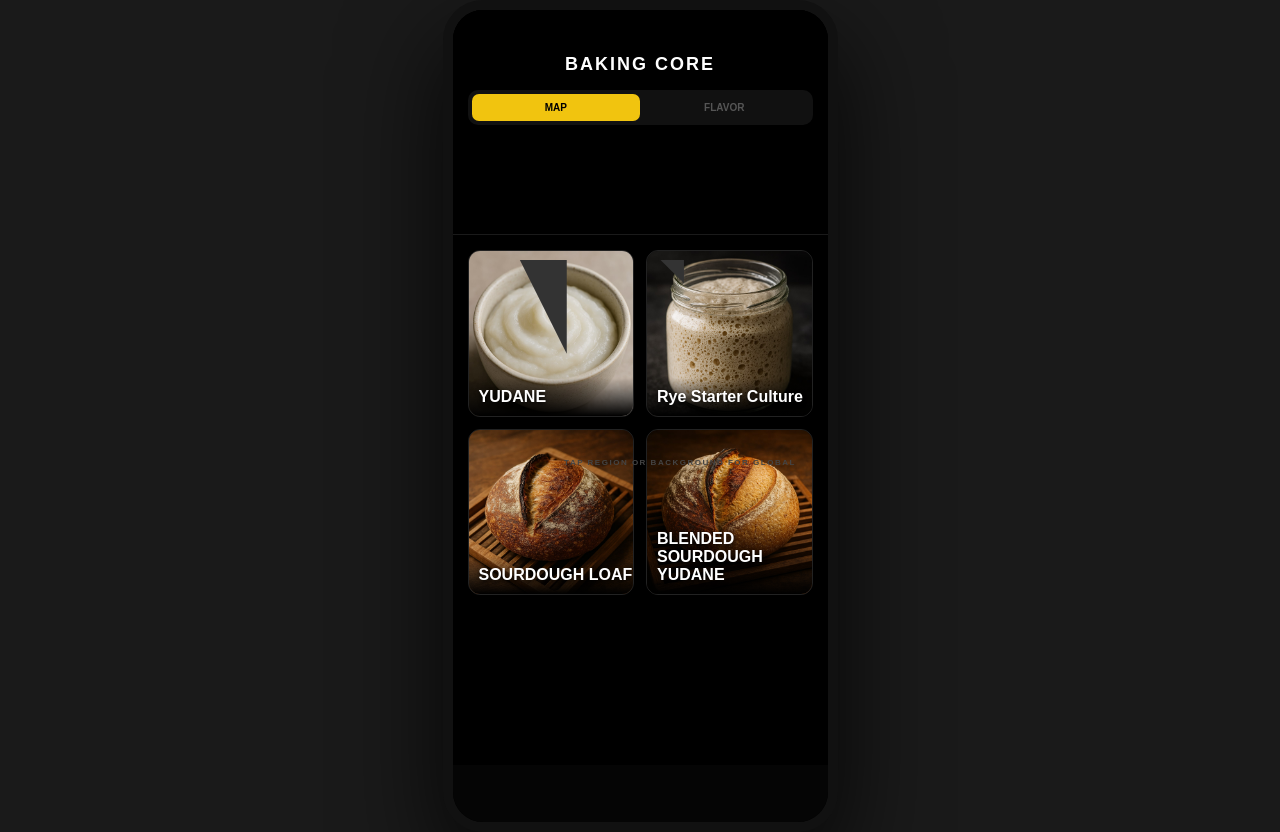
Repository: dkg11hu/baking-core
Page: index.html
An editor plug-in stored every save of this project. The page is shown before and after the next save, followed by the edit.
The browser window is 1280 px wide. The pictures show the whole page.

Above is the page before, as saved 2026-01-03 15:14:13.

### index.html
<!DOCTYPE html>
<html lang="en">
<head>
    <meta charset="UTF-8">
    <link rel="icon" href="data:[embedded picture, 216 characters]">
    <meta name="viewport" content="width=device-width, initial-scale=1.0, maximum-scale=1.0, user-scalable=no">
    <title>Baking Core | XS Driver</title>
    <link rel="stylesheet" href="style.css">
</head>
<body>
    <div class="iphone-xs">
        <div class="notch"></div>
        <div class="screen-content">
            <section id="browser-view">
                <div class="sticky-header">
                    <h1 class="brand-title">Baking Core</h1>
                    <div id="graphical-selector"></div>
                    <div id="filter-chips" class="chip-container"></div>
                </div>
                <div id="tile-grid" class="tile-grid"></div>
            </section>
            <section id="workflow-view" class="hidden">
                <div id="media-stage" class="media-container"></div>
                <div class="content-stage">
                    <div id="step-metadata"></div>
                    <div id="step-description"></div>
                </div>
                <div class="stepper-controls">
                    <button class="btn-nav" onclick="changeStep(-1)">BACK</button>
                    <button class="btn-nav primary" onclick="changeStep(1)">NEXT</button>
                </div>
            </section>
        </div>
        <div class="home-indicator"></div>
    </div>
    <script type="module" src="app.js"></script>
</body>
</html>

### style.css
:root {
    --primary: #f1c40f;
    --bg: #000;
    --phone-w: 375px;
    --phone-h: 812px;
}

body {
    margin: 0; background: #1a1a1a; display: flex; justify-content: center;
    align-items: center; min-height: 100vh; font-family: sans-serif; overflow: hidden;
}

.iphone-xs {
    width: var(--phone-w); height: var(--phone-h); background: #000;
    border-radius: 40px; position: relative; border: 10px solid #111;
    overflow: hidden; box-shadow: 0 40px 100px rgba(0,0,0,0.8);
}

.screen-content { width: 100%; height: 100%; background: var(--bg); display: flex; flex-direction: column; overflow-y: auto; }

/* Selector & Tabs */
.selector-tabs { display: flex; background: #111; padding: 4px; border-radius: 10px; margin: 15px; }
.tab-btn { flex: 1; background: transparent; border: none; color: #555; padding: 8px; font-size: 10px; font-weight: bold; border-radius: 7px; cursor: pointer; }
.tab-btn.active { background: var(--primary); color: #000; }

/* Titles - Forced Visibility */
h2, .tile-label strong, .matrix-labels, .step-counter { color: #fff !important; text-shadow: 0 2px 4px #000; }

/* Flavor Matrix */
.flavor-plot { width: 100%; aspect-ratio: 1/1; background: #080808; border: 1px solid #222; position: relative; border-radius: 8px; }
.axis-x { position: absolute; bottom: 50%; width: 100%; height: 1px; background: #333; }
.axis-y { position: absolute; left: 50%; height: 100%; width: 1px; background: #333; }
.flavor-dot { position: absolute; width: 10px; height: 10px; background: var(--primary); border-radius: 50%; transform: translate(-50%, 50%); cursor: pointer; }

/* Tiles */
.tile-grid { display: grid; grid-template-columns: 1fr 1fr; gap: 12px; padding: 15px; }
.tile { aspect-ratio: 1/1; background: #111; border-radius: 12px; overflow: hidden; position: relative; border: 1px solid #222; }
.tile img { width: 100%; height: 100%; object-fit: cover; }
.tile-label { position: absolute; bottom: 0; width: 100%; padding: 10px; background: linear-gradient(transparent, #000); }

/* Step Metadata */
.step-counter { font-size: 9px; letter-spacing: 2.5px; margin-bottom: 8px; font-weight: 900; text-transform: uppercase; }
.tool-tags { display: flex; gap: 6px; margin-top: 15px; flex-wrap: wrap; }
.tag { background: #1a1a1a; color: #888; font-size: 8px; padding: 4px 10px; border-radius: 4px; border: 1px solid #333; text-transform: uppercase; font-weight: bold; }

/* Fallback Media */
.fallback-ui { width: 100%; height: 210px; background: radial-gradient(circle, #0a0a0a 0%, #000 100%); display: flex; flex-direction: column; justify-content: center; align-items: center; color: #444; font-size: 10px; border-bottom: 1px solid #1a1a1a; }
.artisan-loader { width: 25px; height: 25px; border: 2px solid #222; border-top-color: var(--primary); border-radius: 50%; animation: spin 1s linear infinite; }
@keyframes spin { to { transform: rotate(360deg); } }

/* Media Container */
.media-container {
    width: 100%;
    height: 240px;
    background: #050505;
    position: relative;
    border-bottom: 1px solid #1a1a1a;
}

.step-video {
    width: 100%;
    height: 100%;
    object-fit: cover;
}

/* Fallback Visualizer */
.media-fallback {
    width: 100%;
    height: 100%;
    display: flex;
    flex-direction: column;
    justify-content: center;
    align-items: center;
    background: radial-gradient(circle, #0f0f0f 0%, #000 100%);
}

.visualizer-icon {
    position: relative;
    width: 60px;
    height: 60px;
    margin-bottom: 20px;
}

.pulse-ring {
    width: 100%;
    height: 100%;
    border: 1px solid var(--primary);
    border-radius: 50%;
    animation: pulse 2s infinite ease-out;
}

.inner-dot {
    position: absolute;
    top: 50%; left: 50%;
    width: 6px; height: 6px;
    background: var(--primary);
    border-radius: 50%;
    transform: translate(-50%, -50%);
}

.tech-id {
    color: #fff;
    font-size: 10px;
    letter-spacing: 2px;
    font-weight: 800;
}

.status-msg {
    color: #444;
    font-size: 8px;
    margin-top: 5px;
    font-weight: 900;
}

@keyframes pulse {
    0% { transform: scale(0.5); opacity: 1; }
    100% { transform: scale(1.5); opacity: 0; }
}

/* 1. Map Visibility Fix */
#view-map {
    display: block; /* Ensure it's not hidden by default */
    width: 100%;
    padding: 20px;
    fill: #333; /* Default SVG color */
}

#view-map svg {
    width: 100%;
    height: auto;
}

/* 2. Text Spacing Fix (step_discardASSET_PENDING) */
.fallback-text-group {
    display: flex;
    flex-direction: column;
    align-items: center;
    gap: 8px; /* Adds space between ID and Status */
}

/* 3. Premium Button Formatting */
.stepper-controls {
    display: flex;
    gap: 15px;
    padding: 20px;
    background: #000;
    margin-top: auto; /* Pushes buttons to bottom of screen */
    border-top: 1px solid #1a1a1a;
}

.nav-btn {
    flex: 1;
    padding: 16px;
    border-radius: 12px;
    border: none;
    font-size: 12px;
    font-weight: 900;
    letter-spacing: 1px;
    text-transform: uppercase;
    cursor: pointer;
    transition: transform 0.1s;
}

.nav-btn:active { transform: scale(0.96); }

.nav-btn.primary {
    background: var(--primary);
    color: #000;
}

.nav-btn.secondary {
    background: #1a1a1a;
    color: #fff;
    border: 1px solid #333;
}

/* Step Title Polish */
.step-title {
    color: #fff;
    font-size: 22px;
    margin: 10px 0;
    font-weight: 200; /* Modern, thin aesthetic */
}

/* --- BUTTON & CONTROL FORMATTING --- */
.stepper-controls {
    display: flex;
    gap: 12px;
    padding: 20px;
    background: #000;
    margin-top: auto; /* Pushes to bottom */
    border-top: 1px solid #1a1a1a;
}

/* Ensure this matches your HTML class btn-nav */
.btn-nav {
    flex: 1;
    padding: 16px;
    border-radius: 12px;
    border: none;
    font-size: 12px;
    font-weight: 900;
    letter-spacing: 1px;
    text-transform: uppercase;
    cursor: pointer;
    background: #1a1a1a;
    color: #fff;
    transition: transform 0.1s;
}

.btn-nav.primary {
    background: var(--primary);
    color: #000;
}

.btn-nav:active { transform: scale(0.96); }

/* --- GATEWAY SCREEN (Step 0) --- */
.gateway-screen {
    padding: 30px;
    display: flex;
    flex-direction: column;
    height: 100%;
}

.choice-container {
    display: flex;
    flex-direction: column;
    gap: 16px;
    margin-top: 40px;
}

.choice-card {
    background: #0a0a0a;
    border: 1px solid #222;
    padding: 24px;
    border-radius: 16px;
    display: flex;
    align-items: center;
    gap: 16px;
    cursor: pointer;
    text-align: left;
    width: 100%;
}

.choice-card.highlight {
    border-color: var(--primary);
    background: rgba(241, 196, 15, 0.05);
}

.choice-card .icon { font-size: 24px; color: var(--primary); }
.choice-card strong { display: block; color: #fff; font-size: 15px; margin-bottom: 4px; }
.choice-card span { color: #555; font-size: 11px; }

/* --- BUTTON STATES --- */
.btn-nav:disabled {
    background: #111 !important;
    color: #333 !important;
    border: 1px solid #222 !important;
    cursor: not-allowed;
    transform: none !important;
    filter: grayscale(1);
    opacity: 0.5;
}

/* Ensure the primary next button only glows when active */
.btn-nav.primary:not(:disabled) {
    background: var(--primary);
    box-shadow: 0 4px 15px rgba(241, 196, 15, 0.3);
}

/* Unlit / Disabled State (Default) */
.btn-nav {
    flex: 1;
    padding: 16px;
    border-radius: 12px;
    border: 1px solid #222;
    background: #0a0a0a;
    color: #444; /* Dimmed text */
    font-size: 11px;
    font-weight: 900;
    text-transform: uppercase;
    letter-spacing: 1px;
    transition: all 0.3s ease;
}

/* Lit State: NEXT Button */
.btn-nav.primary:not(:disabled) {
    background: var(--primary); /* #f1c40f Gold */
    color: #000;
    border: none;
    box-shadow: 0 0 15px rgba(241, 196, 15, 0.4);
}

/* Lit State: BACK Button */
.btn-nav:not(.primary):not(:disabled) {
    background: #1a1a1a;
    color: #fff;
    border: 1px solid #444;
}

/* Tile Selection Feedback */
.tile.selected {
    border: 2px solid var(--primary);
    background: rgba(241, 196, 15, 0.1);
}

/* Prevent Screen Wobble */
.sticky-header {
    position: sticky;
    top: 0;
    z-index: 100;
    background: #000;
    /* Lock the header height so it doesn't expand/contract */
    height: 180px;
    display: flex;
    flex-direction: column;
    padding-top: 44px; /* Notch clearance */
}

.tile-grid {
    display: grid;
    grid-template-columns: 1fr 1fr;
    gap: 12px;
    padding: 15px;
    /* Ensure the grid doesn't collapse */
    min-height: 500px;
    align-content: start;
}

/* Fix Title Layout */
.brand-title {
    height: 40px;
    margin: 0;
    display: flex;
    align-items: center;
    justify-content: center;
    color: #fff;
    font-size: 18px;
    letter-spacing: 2px;
    text-transform: uppercase;
}

/* Fix Screen Wobble */
.tile-img-box {
    width: 100%;
    aspect-ratio: 1 / 1; /* Reserve space before image loads */
    background: #0a0a0a;
    overflow: hidden;
}

.tile-img-box img {
    width: 100%;
    height: 100%;
    object-fit: cover;
}

/* Ensure sticky header doesn't jitter */
.sticky-header {
    height: 180px;
    position: sticky;
    top: 0;
    z-index: 100;
    background: #000;
}

/* Selected State for Gallery */
.tile.selected {
    border: 2px solid var(--primary);
    background: rgba(241, 196, 15, 0.1);
}


/* --- Global Hierarchy --- */
.iphone-xs {
    display: flex;
    flex-direction: column;
    overflow: hidden;
    background: #000;
}

.screen-content {
    flex: 1;
    display: flex;
    flex-direction: column;
    overflow-y: auto;
}

/* --- Fixed Header Logic --- */
.sticky-header {
    background: #000;
    padding-top: 44px; /* Notch area */
    border-bottom: 1px solid #1a1a1a;
    flex-shrink: 0;
}

.selector-slot {
    height: 240px; /* Lock this height to stop the wobble */
    display: flex;
    flex-direction: column;
    align-items: center;
    justify-content: center;
    position: relative;
}

/* --- Map & Hint Alignment --- */
#view-map {
    width: 100%;
    height: 100%;
    position: relative;
    display: flex;
    flex-direction: column;
    justify-content: center;
}

.map-hint {
    position: absolute;
    bottom: 10px;
    width: 100%;
    text-align: center;
    font-size: 8px;
    font-weight: 900;
    color: #444;
    letter-spacing: 1.5px;
    pointer-events: none; /* Allows clicks to pass through to the map */
}

### app.js
import { State } from './src/UI/State.mjs';
import { Gallery } from './src/UI/Gallery.mjs';
import { Driver } from './src/UI/Driver.mjs';
import { FlavorWheel } from './src/UI/FlavorWheel.mjs';
import { MapSelection } from './src/UI/MapSelection.mjs'; // Added missing import

// --- GLOBAL BRIDGES ---
window.showHelper = (e, label) => {
    const tooltip = document.getElementById('ui-tooltip');
    if (!tooltip) return;
    tooltip.innerText = label;
    tooltip.style.display = 'block';
    const frame = document.querySelector('.iphone-xs').getBoundingClientRect();
    tooltip.style.left = `${e.clientX - frame.left + 15}px`;
    tooltip.style.top = `${e.clientY - frame.top - 30}px`;
};

window.hideHelper = () => {
    const t = document.getElementById('ui-tooltip');
    if (t) t.style.display = 'none';
};

window.switchSelector = (viewId) => {
    const map = document.getElementById('view-map');
    const flavor = document.getElementById('view-flavor');
    const tabs = document.querySelectorAll('.tab-btn');
    tabs.forEach(btn => {
        btn.classList.toggle('active', btn.dataset.view === viewId);
    });
    if (map) map.style.display = viewId === 'map' ? 'block' : 'none';
    if (flavor) flavor.style.display = viewId === 'flavor' ? 'block' : 'none';
};

window.filterByTerritory = (territory) => Gallery.filterByTerritory(territory, State.ssot, State.locale);

window.changeStep = (delta) => {
    const isBrowser = !document.getElementById('browser-view').classList.contains('hidden');
    if (isBrowser) {
        if (delta === 1 && Gallery.selectedId) {
            Driver.start(Gallery.selectedId, State.ssot, State.locale);
            document.getElementById('browser-view').classList.add('hidden');
            document.getElementById('workflow-view').classList.remove('hidden');
        } else if (delta === -1) {
            Gallery.filterByTerritory('ALL', State.ssot, State.locale);
        }
    } else {
        Driver.move(delta, State.locale);
    }
};

window.Gallery = Gallery;

async function boot() {
    try {
        await State.init();

        const screen = document.querySelector('.screen-content');

        // 1. Initial Render
        Gallery.render(State.ssot, State.locale);

        // 2. Map Injection (Safe Check)
        const mapContainer = document.getElementById('view-map');
        if (mapContainer && typeof MapSelection !== 'undefined') {
            mapContainer.innerHTML = MapSelection.render();
        }

        // 3. Flavor Wheel Injection
        const flavorContainer = document.getElementById('view-flavor');
        if (flavorContainer) {
            flavorContainer.innerHTML = FlavorWheel.render();
            setTimeout(() => FlavorWheel.plotProducts(State.ssot, State.locale), 50);
        }

        // 4. Tooltip
        const tooltip = document.createElement('div');
        tooltip.id = 'ui-tooltip'; tooltip.className = 'ui-tooltip';
        screen.appendChild(tooltip);

        console.log("iPhone Driver: Systems Online.");
    } catch (err) {
        console.error("Boot failed:", err);
    }
}

boot();

### src/UI/State.mjs
export const State = {
    ssot: null,
    locale: null,
    currentId: null,
    currentStepIdx: 0,

    async init() {
        const [sRes, lRes] = await Promise.all([
            fetch('./data/Store/Registry/definitions.json'),
            fetch('./data/Store/Locale/en.json')
        ]);
        this.ssot = await sRes.json();
        this.locale = await lRes.json();
        return { ssot: this.ssot, locale: this.locale };
    }
};

### src/UI/Gallery.mjs
import { MediaHelper } from './MediaHelper.mjs';
import { MapSelection } from './Map.mjs';

export const Gallery = {
    selectedId: null,
    currentTerritory: 'ALL',

    render(ssot, locale) {
        const selector = document.getElementById('graphical-selector');
        if (selector) {
            selector.innerHTML = `
                <div class="selector-tabs">
                    <button class="tab-btn active" onclick="window.switchSelector('map')">MAP</button>
                    <button class="tab-btn" onclick="window.switchSelector('flavor')">FLAVOR</button>
                </div>
                <div id="view-map">${MapSelection.render()}</div>
            `;
        }
        this.filterByTerritory('ALL', ssot, locale);
    },

    filterByTerritory(territory, ssot, locale) {
        this.currentTerritory = territory;
        this.selectedId = null; // Reset selection on new filter
        const products = Object.entries(ssot.registry).filter(([id, data]) => {
            return data.type === 'BRANCH' && (territory === 'ALL' || data.classification?.territory === territory);
        });
        this.renderTiles(products, locale);
        this.updateButtonStates();
    },

    renderTiles(products, locale) {
        const grid = document.getElementById('tile-grid');

        // An inline SVG so we never trigger a 404 network request
        const inlineFallback = `data:[embedded picture, 33 characters]<svg xmlns='http://www.w3.org/2000/svg' viewBox='0 0 100 100'><rect width='100' height='100' fill='%23111'/><path d='M30 70 L50 30 L70 70' stroke='%23333' stroke-width='2' fill='none'/></svg>`;

        grid.innerHTML = products.map(([id, data]) => {
            const name = locale[id] || id.replace('PROD_', '').replace(/_/g, ' ');
            // Logic-blind path from db
            const imgSrc = data.ui_features?.tile_photo || '';

            return `
                <div class="tile" data-id="${id}" onclick="Gallery.selectProduct('${id}')">
                    <div class="tile-img-box">
                        <img src="${imgSrc}"
                            onerror="this.onerror=null; this.src='${inlineFallback}';">
                    </div>
                    <div class="tile-label">
                        <strong>${name}</strong>
                    </div>
                </div>`;
        }).join('');
    },

    selectProduct(id) {
        this.selectedId = id;
        document.querySelectorAll('.tile').forEach(t => t.classList.toggle('selected', t.dataset.id === id));
        this.updateButtonStates();
    },

    updateButtonStates() {
        const nextBtn = document.querySelector('.btn-nav.primary');
        const backBtn = document.querySelector('.btn-nav:not(.primary)');

        if (nextBtn) nextBtn.disabled = !this.selectedId;
        if (backBtn) backBtn.disabled = (this.currentTerritory === 'ALL');
    }
};

### src/UI/FlavorWheel.mjs
export const FlavorWheel = {
    render() {
        return `
            <div class="flavor-matrix-container">
                <div class="matrix-labels"><span>SALTY</span><span>SWEET</span></div>
                <div id="flavor-plot" class="flavor-plot">
                    <div class="axis-x"></div><div class="axis-y"></div>
                </div>
                <div class="matrix-legend">Hover to identify • Tap to start</div>
            </div>`;
    },

    async plotProducts(ssot, locale) {
        const plot = document.getElementById('flavor-plot');
        const products = Object.entries(ssot.registry).filter(([_, item]) => item.type === 'BRANCH');

        for (const [id, data] of products) {
            try {
                const res = await fetch(`./data/Store/Entities/${id.toLowerCase()}.json`);
                if (!res.ok) continue;
                const entity = await res.json();

                const coords = this.getCoords(entity.formula, ssot);
                const dot = document.createElement('div');
                dot.className = 'flavor-dot';
                dot.style.left = `${coords.x * 100}%`;
                dot.style.bottom = `${coords.y * 100}%`;

                dot.onmousemove = (e) => window.showHelper(e, locale[id] || id);
                dot.onmouseleave = window.hideHelper;
                dot.onclick = () => window.startWorkflow(id);
                plot.appendChild(dot);
            } catch (e) { console.warn("Plot error", e); }
        }
    },

    getCoords(formula, ssot) {
        let salt = 0, sugar = 0;
        formula.forEach(ing => {
            const mClass = ssot.registry[ing.id]?.material_class;
            if (mClass === 'SALTS') salt += ing.pct;
            if (mClass === 'SWEETENERS') sugar += ing.pct;
        });
        return { x: Math.min(sugar / 0.15, 1), y: Math.min(salt / 0.03, 1) };
    }
};

### src/UI/MapSelection.mjs
export const MapSelection = {
    render() {
        return `
            <div class="map-wrapper">
                <svg viewBox="0 0 800 400" preserveAspectRatio="xMidYMid meet">
                    <rect width="800" height="400" fill="transparent" onclick="window.filterByTerritory('ALL')"></rect>

                    <path id="EU" class="map-region" d="M400 100 L450 100 L450 150 Z" onclick="window.filterByTerritory('EU')"></path>
                    <path id="AM" class="map-region" d="M100 100 L200 100 L200 300 Z" onclick="window.filterByTerritory('AM')"></path>
                </svg>
                <div class="map-hint">TAP REGION OR BACKGROUND FOR GLOBAL</div>
            </div>
        `;
    }
};

### src/UI/MediaHelper.mjs
export const MediaHelper = {
    /**
     * @param {string} url - The path from definitions.json
     * @param {string} id - The Database ID (e.g., PROD_YUDANE)
     */
    safeImage(url, id) {
        // If the database field is empty or path is too short
        if (!url || url.length < 5) return this.getFallbackSVG(id);

        // Return the URL (The browser's onerror will handle physical 404s)
        return url.toLowerCase();
    },

    getFallbackSVG(label = "Baking Core") {
        const svg = `
            <svg xmlns='http://www.w3.org/2000/svg' viewBox='0 0 100 100'>
                <rect width='100' height='100' fill='#121212'/>
                <path d='M30 70 L50 30 L70 70' stroke='#f1c40f' stroke-width='2' fill='none' opacity='0.5'/>
                <text x='50%' y='85%' text-anchor='middle' fill='#555' font-size='6' font-family='monospace' letter-spacing='1'>
                    ${label.toUpperCase()}
                </text>
            </svg>`.trim();
        return `data:[embedded picture, 36 characters])}`;
    }
};

### src/UI/Map.mjs
export const MapSelection = {
    render() {
        return `
            <div class="map-container" id="view-map">
                <svg viewBox="0 0 400 180" class="interactive-map">
                    <rect width="400" height="180" fill="#080808" rx="12"/>

                    <path id="EUROPE"
                          class="map-region"
                          onmousemove="window.showHelper(event, 'Europe')"
                          onmouseleave="window.hideHelper()"
                          onclick="window.filterByTerritory('EUROPE')"
                          d="M160,30 L220,30 L230,80 L170,100 Z" />

                    <path id="ASIA"
                          class="map-region"
                          onmousemove="window.showHelper(event, 'Asia')"
                          onmouseleave="window.hideHelper()"
                          onclick="window.filterByTerritory('ASIA')"
                          d="M270,40 L350,40 L360,110 L280,130 Z" />
                </svg>
            </div>
        `;
    }
};

Loaded but not shown: data/Store/Registry/definitions.json (87 lines, source omitted); data/Store/Locale/en.json (15 lines, source omitted); src/UI/Driver.mjs (88 lines, source omitted)

After the next save:
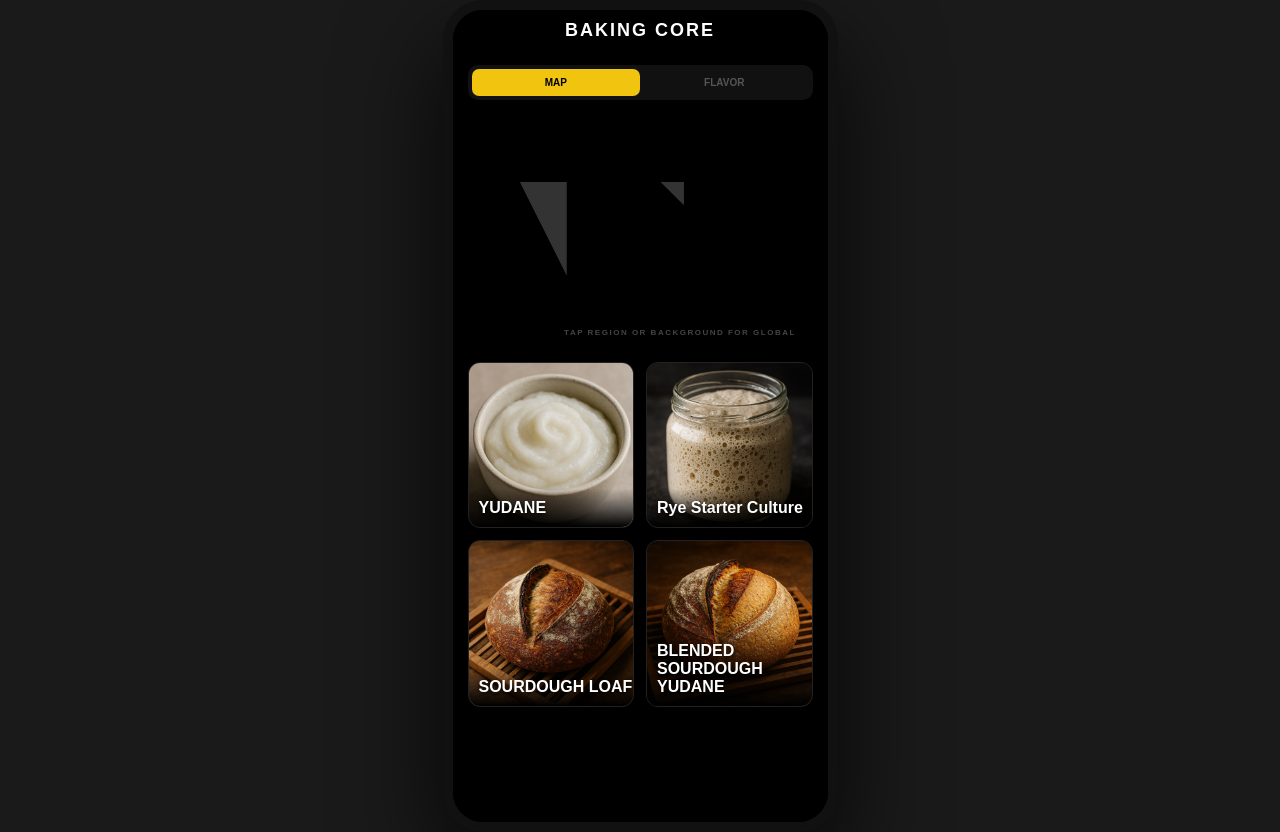
Saved 2 min 58 s later.
--- a/index.html
+++ b/index.html
@@ -11,14 +11,16 @@
     <div class="iphone-xs">
         <div class="notch"></div>
         <div class="screen-content">
-            <section id="browser-view">
-                <div class="sticky-header">
-                    <h1 class="brand-title">Baking Core</h1>
-                    <div id="graphical-selector"></div>
-                    <div id="filter-chips" class="chip-container"></div>
-                </div>
-                <div id="tile-grid" class="tile-grid"></div>
-            </section>
+<section id="browser-view">
+    <header class="view-header">
+        <h1 class="brand-title">Baking Core</h1>
+    </header>
+
+    <div id="graphical-selector" class="selector-unit">
+        </div>
+
+    <div id="tile-grid" class="tile-grid"></div>
+</section>
             <section id="workflow-view" class="hidden">
                 <div id="media-stage" class="media-container"></div>
                 <div class="content-stage">
